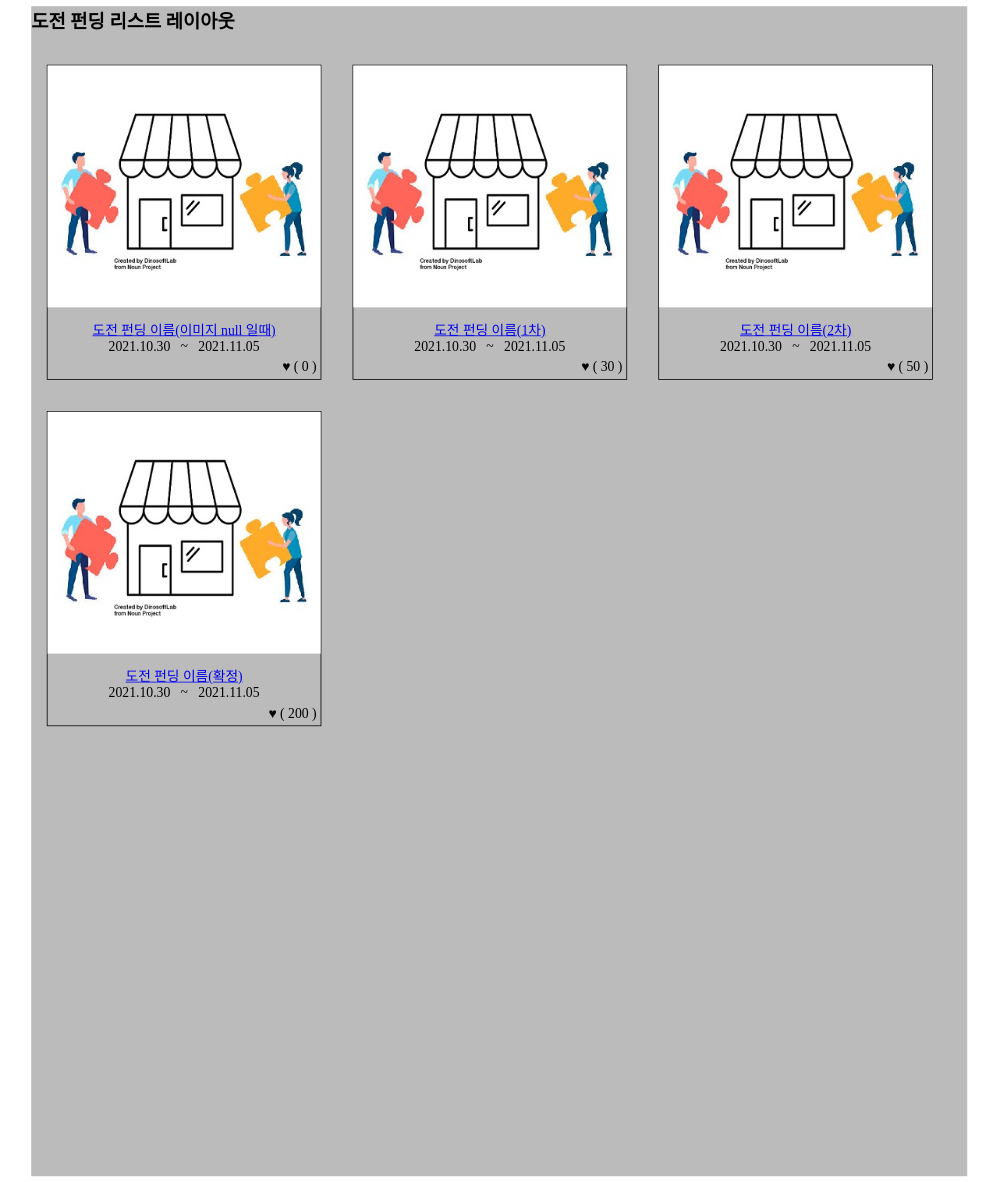
Repository: GroundPark/team6
Page: http://localhost/lefthand/page/product/chal_funding_list.jsp
These files come from the project's save history. The page is drawn as it stood at one moment and after the next save; the edit follows.
The browser window is 1280 px wide. The pictures show the whole page, at 78% of full size.
The page is served by Tomcat 9.

Above is the page before, as saved 2021-11-20 17:40:14.

After the next save:
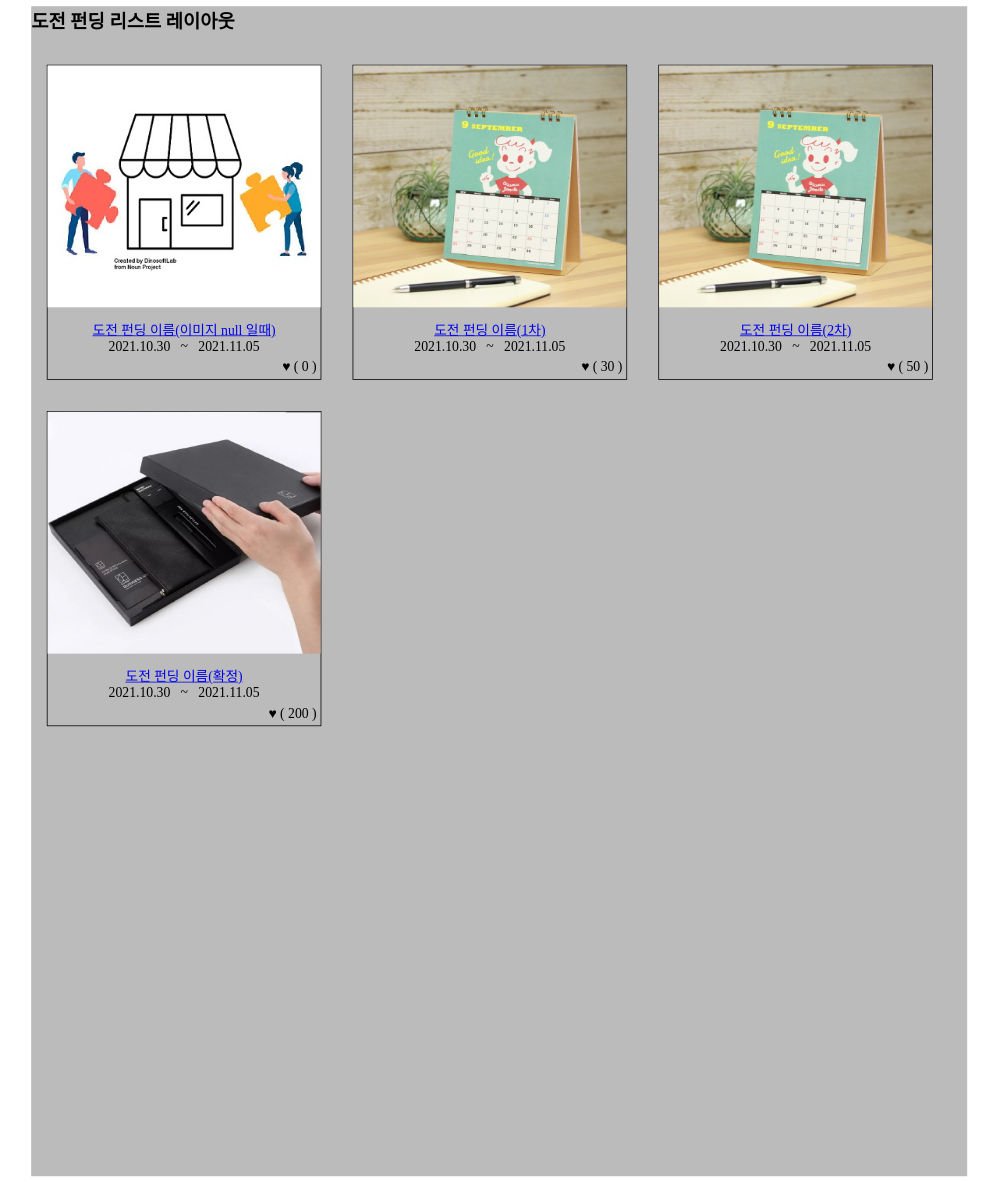
Saved 94 s later.
--- a/lefthand/WebContent/page/product/chal_funding_list.jsp
+++ b/lefthand/WebContent/page/product/chal_funding_list.jsp
@@ -27,21 +27,21 @@
 </div>
 
 <div class="chal_funding">
-	<a href="#"><img src="../challenge/img/chal_info_default.jpg" style="width:350px; height:310px; padding-bottom:15px;" /></a>
+	<a href="#"><img src="../challenge/userimg/thum_chal_info_1.jpg" style="width:350px; height:310px; padding-bottom:15px;" /></a>
 	<div style="text-align:center;"><a href="#">도전 펀딩 이름(1차)</a></div>
 	<div class="chal_period"> &nbsp; 2021.10.30 &nbsp; ~ &nbsp; 2021.11.05 &nbsp; </div>
 	<div class="chal_like"> ♥ ( 30 ) </div>
 </div>
 
 <div class="chal_funding">
-	<a href="#"><img src="../challenge/img/chal_info_default.jpg" style="width:350px; height:310px; padding-bottom:15px;" /></a>
+	<a href="#"><img src="../challenge/userimg/thum_chal_info_1.jpg" style="width:350px; height:310px; padding-bottom:15px;" /></a>
 	<div style="text-align:center;"><a href="#">도전 펀딩 이름(2차)</a></div>
 	<div class="chal_period"> &nbsp; 2021.10.30 &nbsp; ~ &nbsp; 2021.11.05 &nbsp; </div>
 	<div class="chal_like"> ♥ ( 50 ) </div>
 </div>
 
 <div class="chal_funding">
-	<a href="#"><img src="../challenge/img/chal_info_default.jpg" style="width:350px; height:310px; padding-bottom:15px;" /></a>
+	<a href="#"><img src="../challenge/userimg/thum_chal_info_2.jpg" style="width:350px; height:310px; padding-bottom:15px;" /></a>
 	<div style="text-align:center;"><a href="#">도전 펀딩 이름(확정)</a></div>
 	<div class="chal_period"> &nbsp; 2021.10.30 &nbsp; ~ &nbsp; 2021.11.05 &nbsp; </div>
 	<div class="chal_like"> ♥ ( 200 ) </div>
